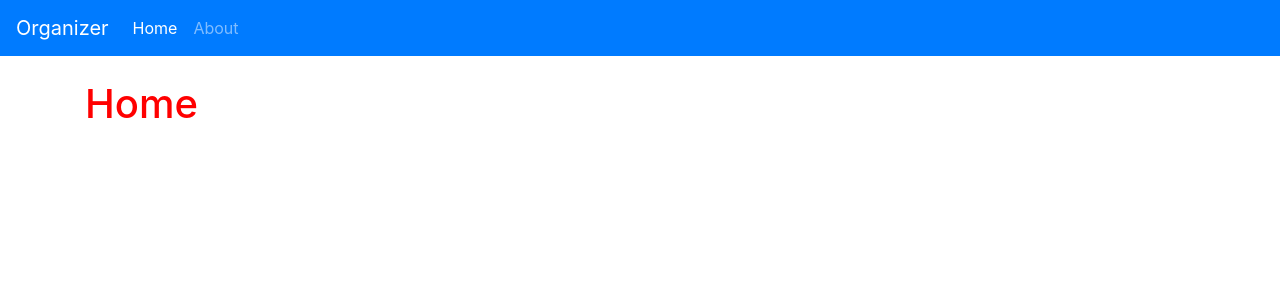
Repository: GregorPiev/orginizer-react-advanced
Page: /
An editor plug-in stored every save of this project. The page is shown before and after the next save, followed by the edit.
The browser window is 1280 px wide. The pictures show the whole page.
The project was rebuilt for these pictures with package versions that can differ from the ones it lists, and the page was loaded fresh each time. Also part of the build but not shown: src/pages/About/About.scss, src/pages/About/About.js.

Above is the page before, as saved 2020-08-24 11:11:21.

### src/index.scss
@import "~bootstrap/scss/bootstrap";
body {
	margin: 0;
	font-family: -apple-system, BlinkMacSystemFont, "Segoe UI", "Roboto", "Oxygen",
		"Ubuntu", "Cantarell", "Fira Sans", "Droid Sans", "Helvetica Neue",
		sans-serif;
	-webkit-font-smoothing: antialiased;
	-moz-osx-font-smoothing: grayscale;
}

code {
	font-family: source-code-pro, Menlo, Monaco, Consolas, "Courier New",
		monospace;
}

### src/App.js
import React from 'react';
import { BrowserRouter, Route, Switch } from 'react-router-dom';
import { Home } from './pages/Home/Home';
import { About } from './pages/About/About';
import { Navbar } from './components/Navbar';
function App() {
  return (
    <BrowserRouter>
      <Navbar />
      <div className="container pt-4">
        <Switch>
          <Route path="/" exact component={Home} />
          <Route path="/about" component={About} />
        </Switch>

      </div>
    </BrowserRouter>
  );
}

export default App;

### src/pages/Home/Home.js
import React, { Fragment } from 'react';
import './Home.scss';

export const Home = () => {
    return (
        <Fragment >
            <h1 className="home">Home</h1>
        </Fragment>
    )
}

### src/components/Navbar.js
import React from 'react';
import { NavLink } from 'react-router-dom';

export const Navbar = () => (
    <nav className="navbar navbar-dark navbar-expand-lg bg-primary">
        <div className="navbar-brand">
            Organizer
        </div>

        <ul className="navbar-nav">
            <li className="nav-item">
                <NavLink
                    className="nav-link"
                    to="/"
                    exact
                >
                    Home
                    </NavLink>
            </li>
            <li className="nav-item">
                <NavLink
                    className="nav-link"
                    to="/about">
                    About
                    </NavLink>
            </li>
        </ul>

    </nav>
)

### src/pages/Home/Home.scss
h1.home {
	color: red;
}

### src/components/Form.js
import React from 'react';

export const Form = () => {

    return (
        <form>
            <div className="form-group">
                <input
                    className="form-control"
                    type="text"
                    placeholder="Enter value" />
            </div>
        </form>
    )
}

Loaded but not shown: public/index.html (common file); src/index.js (common file); src/serviceWorker.js (common file)

After the next save:
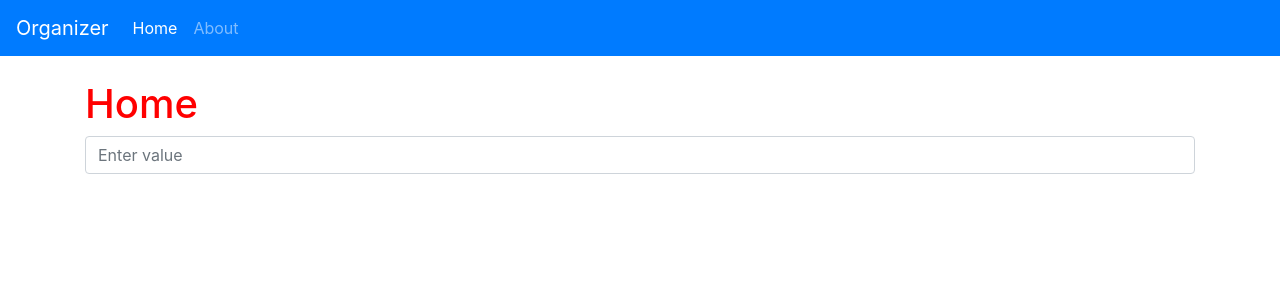
Saved 95 s later.
--- a/src/pages/Home/Home.js
+++ b/src/pages/Home/Home.js
@@ -1,10 +1,12 @@
 import React, { Fragment } from 'react';
+import { Form } from '../../components/Form';
 import './Home.scss';
 
 export const Home = () => {
     return (
         <Fragment >
             <h1 className="home">Home</h1>
+            <Form />
         </Fragment>
     )
 }
